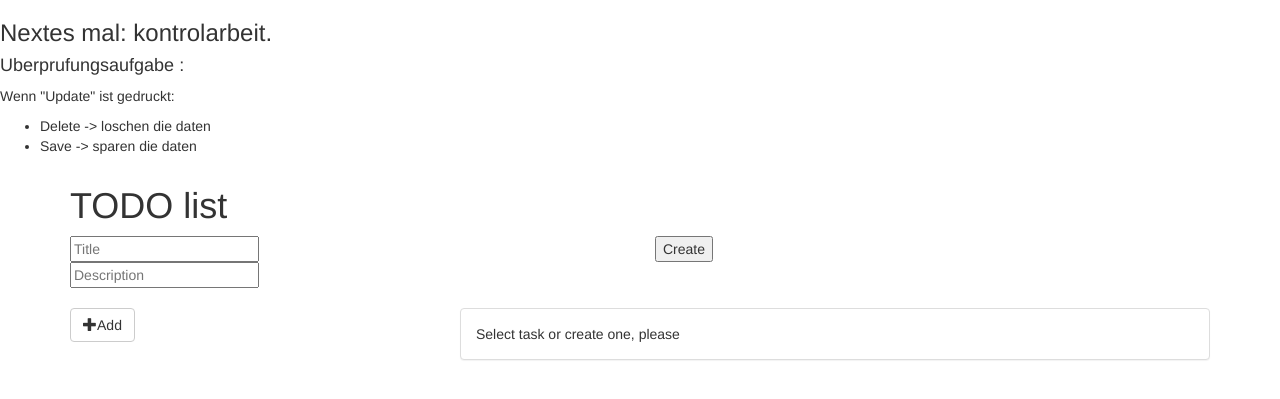
Repository: 3phase/my-ip-2015-2016
Page: 04_SampleAjax/WebContent/index.html
These files come from the project's save history. The page is drawn as it stood at one moment and after a run of saves; the edit follows.
The browser window is 1280 px wide. The pictures show the whole page.
The page's requests for data from a server got no answer.

Above is the page before, as saved 2015-12-18 16:38:13.

After the next 2 saves:
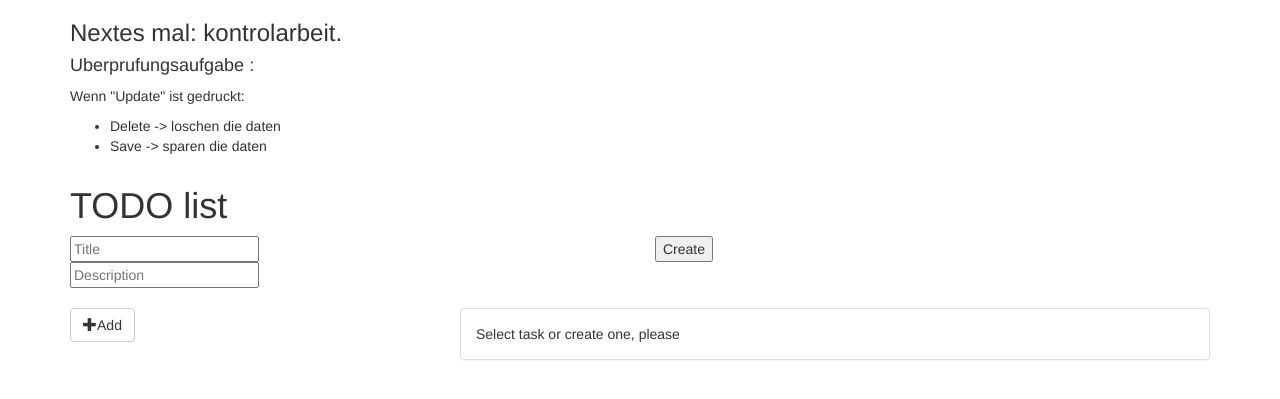
The 2 saves are shown as one change because they came seconds apart.
The last was saved 26 s later.
--- a/04_SampleAjax/WebContent/index.html
+++ b/04_SampleAjax/WebContent/index.html
@@ -7,13 +7,15 @@
 		<link rel="stylesheet" href="libs/bootstrap-3.3.6-dist/css/bootstrap.css" />
 	</head>
 	<body>
-	<h3>Nextes mal: kontrolarbeit. </h3>
-	<h4>Uberprufungsaufgabe : </h4>
-	<p>Wenn "Update" ist gedruckt:</p>
-	<ul>
-		<li>Delete -> loschen die daten</li>
-		<li>Save -> sparen die daten</li>
-	</ul>
+	<div class="container">
+		<h3>Nextes mal: kontrolarbeit. </h3>
+		<h4>Uberprufungsaufgabe : </h4>
+		<p>Wenn "Update" ist gedruckt:</p>
+		<ul>
+			<li>Delete -> loschen die daten</li>
+			<li>Save -> sparen die daten</li>
+		</ul>
+	</div>
 		<div class="container">
 			<h1>TODO list</h1>
 			<div class="row">
